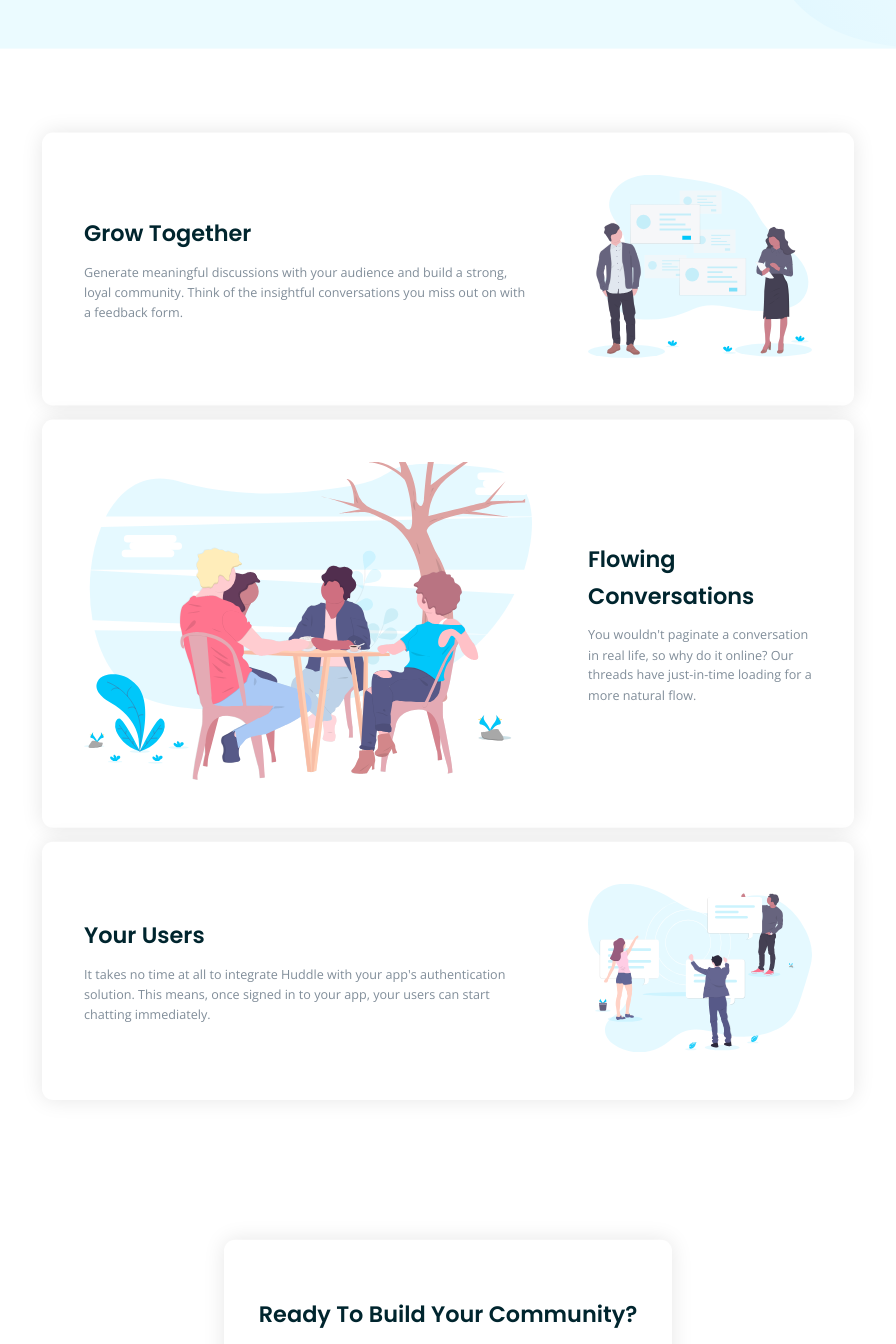
Repository: blordeus/huddle-landing-page
Page: index.html
An editor plug-in stored every save of this project. The page is shown before and after the next save, followed by the edit.
The browser window is 1280 px wide. The pictures show the part of the page from y = 618 to 2538 px (the page is 3168 px tall before and 3305 px after), at 70% of full size.

Above is the page before, as saved 2025-07-01 11:38:41.

After the next save:
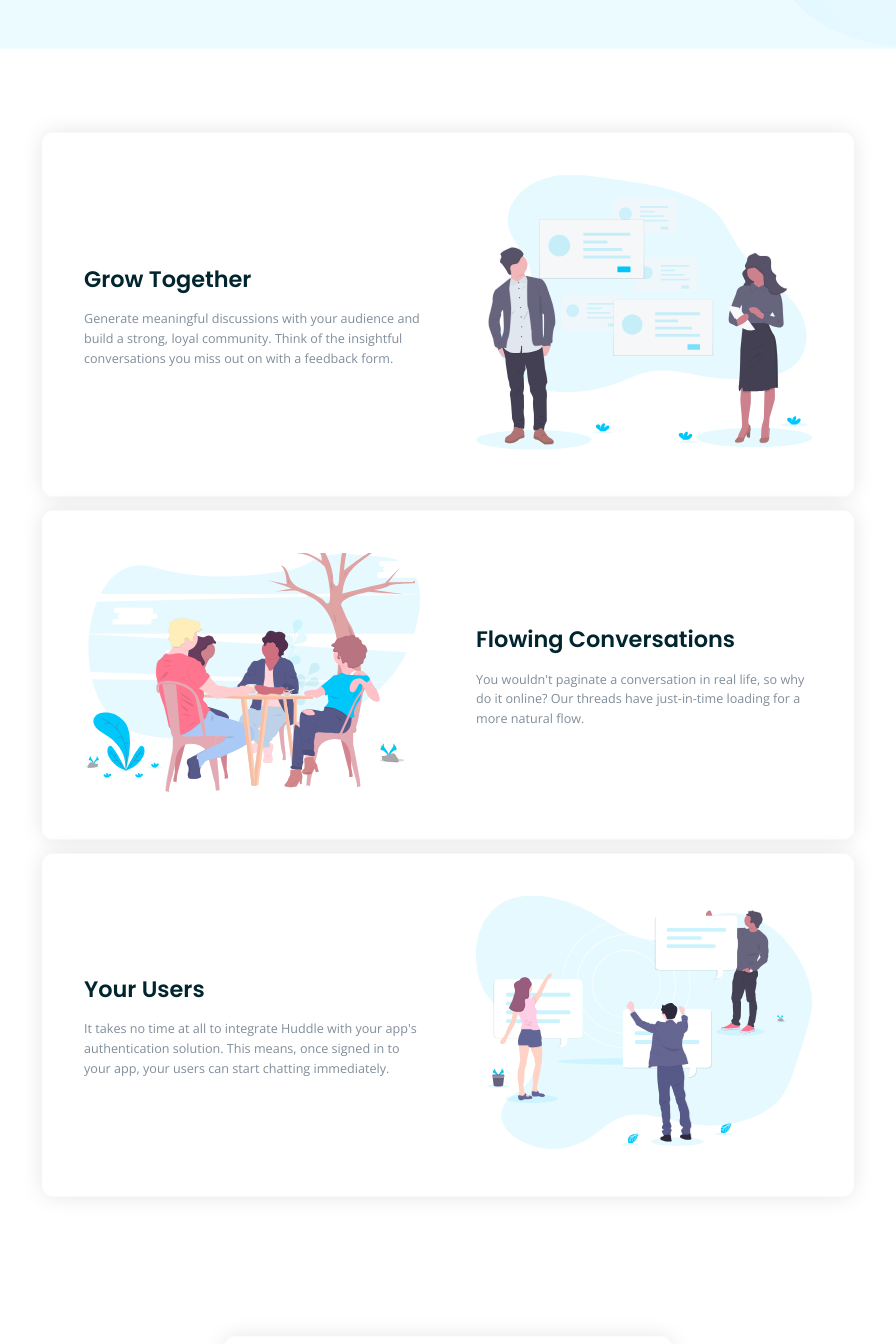
Saved 6 s later.
--- a/styles.css
+++ b/styles.css
@@ -113,7 +113,7 @@
 
     .feature {
       display: grid;
-      grid-template-columns: 4fr 2fr;
+      grid-template-columns: 1fr 1fr;
       gap: 80px;
       align-items: center;
       margin-bottom: 20px;
